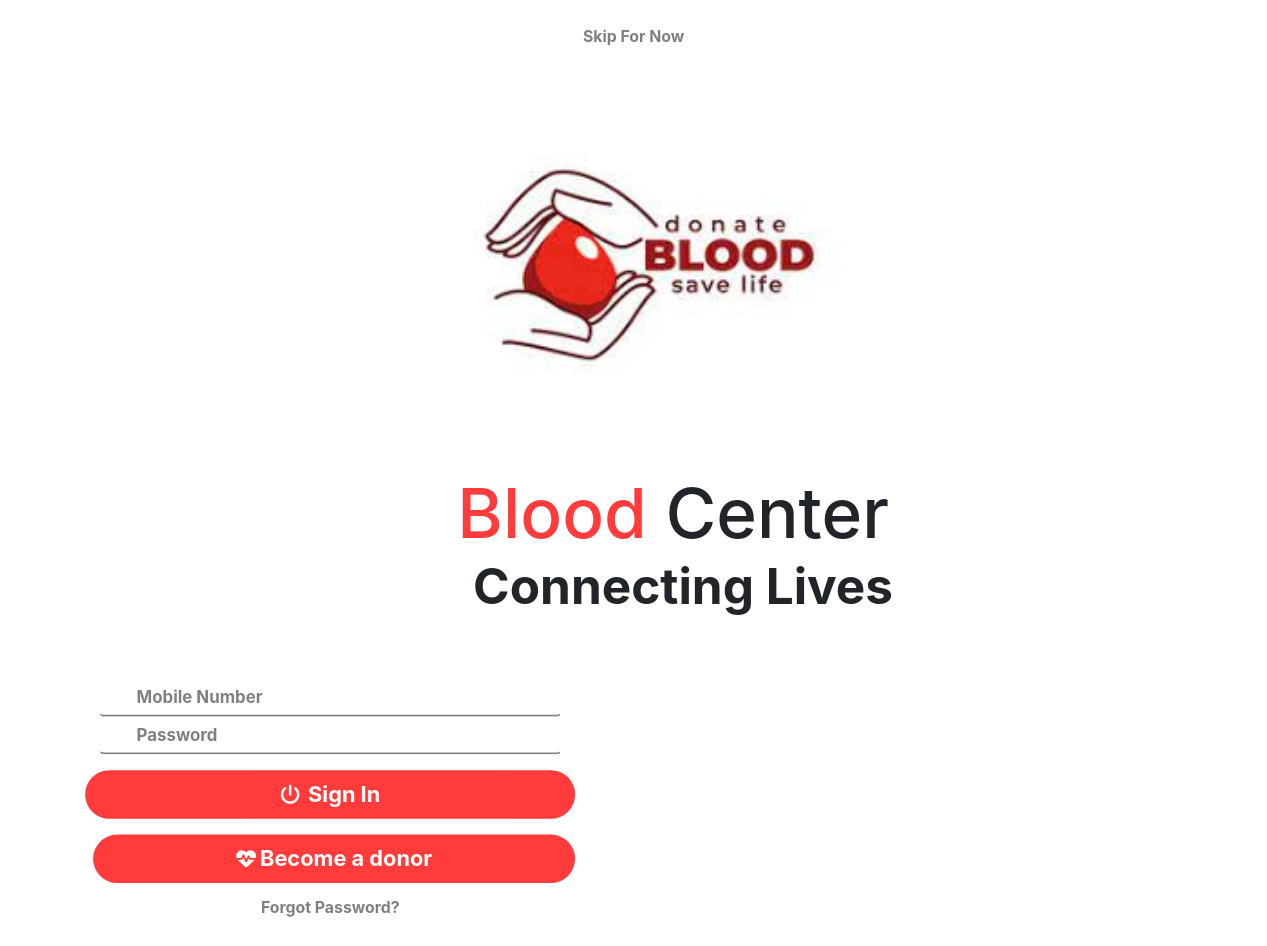
Repository: syedali042/jbds
Page: /
The author's editor kept a copy of each file at every save. The page is drawn from the files as they stood at one save, then again after the next save.
The browser window is 1280 px wide. The pictures show the whole page, at 99% of full size.
Some web libraries are served in a nearby version. The project was rebuilt for these pictures with package versions that can differ from the ones it lists, and the page was loaded fresh each time. Also part of the build but not shown: src/components/Header.js, src/components/About.js, src/components/Register.js, src/components/Header2.js, src/components/Home.js, src/components/Header4.js, src/components/Request.js, src/components/Header3.js and 1 more.

Above is the page before, as saved 2021-11-09 20:47:08.

### public/index.html
<!DOCTYPE html>
<html lang="en">
  <head>
    <meta charset="utf-8" />
    <link rel="icon" href="%PUBLIC_URL%/favicon.ico" />
    <meta name="viewport" content="width=device-width, initial-scale=1" />
    <meta name="theme-color" content="#000000" />
    <meta
      name="description"
      content="Web site created using create-react-app"
    />
    <!--FontAwesome-->
    <script src="https://kit.fontawesome.com/f4576591a8.js" crossorigin="anonymous"></script>
    <!--FontAwesome ends-->
    <!--bootstrap-->
    <link rel="stylesheet" href="https://maxcdn.bootstrapcdn.com/bootstrap/4.0.0/css/bootstrap.min.css"
      integrity="sha384-Gn5384xqQ1aoWXA+058RXPxPg6fy4IWvTNh0E263XmFcJlSAwiGgFAW/dAiS6JXm" crossorigin="anonymous">
    <!--bootstrap ends-->
    <link rel="apple-touch-icon" href="%PUBLIC_URL%/logo192.png" />
    <!--
      manifest.json provides metadata used when your web app is installed on a
      user's mobile device or desktop. See https://developers.google.com/web/fundamentals/web-app-manifest/
    -->
    <link rel="manifest" href="%PUBLIC_URL%/manifest.json" />
    <!--
      Notice the use of %PUBLIC_URL% in the tags above.
      It will be replaced with the URL of the `public` folder during the build.
      Only files inside the `public` folder can be referenced from the HTML.

      Unlike "/favicon.ico" or "favicon.ico", "%PUBLIC_URL%/favicon.ico" will
      work correctly both with client-side routing and a non-root public URL.
      Learn how to configure a non-root public URL by running `npm run build`.
    -->
    <title>React App</title>
  </head>
  <body>
    <noscript>You need to enable JavaScript to run this app.</noscript>
    <div id="root"></div>
    <!--Jquery-->
    <script src="https://code.jquery.com/jquery-3.2.1.slim.min.js"
      integrity="sha384-KJ3o2DKtIkvYIK3UENzmM7KCkRr/rE9/Qpg6aAZGJwFDMVNA/GpGFF93hXpG5KkN" crossorigin="anonymous"></script>
    <script src="https://cdnjs.cloudflare.com/ajax/libs/popper.js/1.12.9/umd/popper.min.js"
      integrity="sha384-ApNbgh9B+Y1QKtv3Rn7W3mgPxhU9K/ScQsAP7hUibX39j7fakFPskvXusvfa0b4Q" crossorigin="anonymous"></script>
    <script src="https://maxcdn.bootstrapcdn.com/bootstrap/4.0.0/js/bootstrap.min.js"
      integrity="sha384-JZR6Spejh4U02d8jOt6vLEHfe/JQGiRRSQQxSfFWpi1MquVdAyjUar5+76PVCmYl" crossorigin="anonymous"></script>
    <!--Jquery ends-->
  </body>
</html>

### src/App.js
import './App.css';
import Login from './components/Login';
import About from './components/About';
import Register from './components/Register';
import Home from './components/Home';
import Request from './components/Request';
import Create from './components/Create';
import {
  BrowserRouter as Router,
  Switch,
  Route,
  Link
} from "react-router-dom";


function App() {
  return (
    <Router>
      <Switch>
        <Route path="/About">
          <About/>
        </Route>
        <Route path="/Login">
          <Login />
        </Route>
        <Route path="/Register">
          <Register />
        </Route>
        <Route path="/Create">
          <Create />
        </Route>
        <Route path="/Request">
          <Request />
        </Route>
        <Route path="/Home">
          <Home />
        </Route>
        <Route path="/">
          <Login />
        </Route>
      </Switch>
    </Router>
  );
}

export default App;

### src/App.css
*{
  margin: 0;
  padding: 0;
}
.con{
  font-size: 25px;
  font-weight: bold;
  position: relative;
  bottom: 35px;
  padding: 5px;
}
.em{
  border: none;
  border-bottom: 2px solid gray;
}
.pass{
  border: none;
  border-bottom: 2px solid gray;
}
.placehorder::placeholder {
  font-weight: bolder;
  color: gray;
  position: relative;
  left: 25px;
  font-size: 17px;
}
.forgot{
  color: gray;
  font-weight: bolder;
}
.login{
  color: gray;
  font-weight: bolder;
}
.fa-portrait{
  font-size: 20px;
  position: relative;
  top: 30px;
  left: 5px;
  color: gray;
}
.fa-unlock-alt{
   font-size: 20px;
  position: relative;
  top: 30px;
  left: 5px;
  color: gray;
}
.sign{
  width: 230px;
  position: relative;
  font-size: 22px;
  border-radius: 30px;
  background-color: #FF3B3B;
  color: white;
  font-weight: bolder;
  border: none;
}
.fa-power-off{
  font-size: 20px;
  position: relative;

  color: white ;
}
.donor{
  width: 230px;
  position: relative;
  font-size: 22px;
  border-radius: 30px;
  background-color: #FF3B3B;
  color: white;
  font-weight: bolder;
  border: none;
  letter-spacing: o.1;
}
.fa-heartbeat{
   font-size: 20px;
  position: relative;

  color: white ;
}
@media screen and (max-width: 440px){

  .con{
  font-size: 20px;
  font-weight: bold;
  position: relative;
  bottom: 35px;
  padding: 5px;
}
.blood{
  font-size: 27px;
}
.formik{
  position: relative;
  bottom: 50px;
}
.pass{
  border: none;
  border-bottom: 2px solid gray;

}

.donor{
  width: 210px;
  position: relative;
  font-size: 22px;
  border-radius: 30px;
  background-color: #FF3B3B;
  color: white;
  font-weight: bolder;
  border: none;
  letter-spacing: o.1;
}
.sign{
  width: 210px;
  position: relative;
  font-size: 22px;
  border-radius: 30px;
  background-color: #FF3B3B;
  color: white;
  font-weight: bolder;
  border: none;
}

}
@media screen and (min-width: 768px){


  .img{
  position: relative;
  width: 400px;
  left: 40px;
}
  .con{
  font-size: 50px;
  font-weight: bold;
  position: relative;
  bottom: 35px;
  padding: 5px;
  left: 50px;
}
.blood{
  font-size: 70px;
  position: relative;
  left: 40px;
}

.name{
  border: none;
  border-bottom: 2px solid gray;
   margin-top: 10px;
  height: 70px;
}


.adress{
    border: none;
  border-bottom: 2px solid gray;
   margin-top: 10px;
  height: 70px;
}
input::placeholder {
  font-weight: bolder;
  color: gray;
  position: relative;
  /* left: 45px; */
  font-size: 30px;
}
.fa-portrait{
  font-size: 25px;
  position: relative;
  top: 37px;
  left: 5px;
  color: gray;
}
.fa-unlock-alt{
   font-size: 25px;
  position: relative;
  top: 35px;
  left: 5px;
  color: gray;
}
.fa-mobile-alt{
    font-size: 30px;
  position: relative;
  top: 55px;
  left: 5px;
  color: gray;
}
.fa-map-marker-alt{
   font-size: 30px;
  position: relative;
  top: 55px;
  left: 5px;
  color: gray;
}
.fa-disease{
 font-size: 30px;
  position: relative;
  top: 55px;
  left: 5px;
  color: gray;
}

.sign{
  width: 300px;
  position: relative;
  font-size: 22px;
  border-radius: 30px;
  background-color: #FF3B3B;
  color: white;
  font-weight: bolder;
  border: none;
}

.donor{
  width: 300px;
  position: relative;

  font-size: 22px;
  border-radius: 30px;
  background-color: #FF3B3B;
  color: white;
  font-weight: bolder;
  border: none;
  letter-spacing: o.1;
}

}
.header{
  background-color: #FF3B3B;
  padding: 3px;
}
.fa-chevron-left{
  color: white;
}
.profile{
  color: white;

}
.kelly{
  font-size: 23px;
  font-weight: bolder;
}
.girl{
  width: 70px;
  border-radius: 50px;
  margin-left: 50px;
  position: relative;
  bottom: 10px;
}
.r1{
  margin-top: 40px;
}

.name{
  border: none;
  border-bottom: 2px solid gray;
}
.num{
   border: none;
  border-bottom: 2px solid gray;
}
.adress{
    border: none;
  border-bottom: 2px solid gray;
}
.r2{
  background-color: rgb(247, 238, 238);
  border-radius: 15px;
  border: 1px solid transparent;
}
.update{

  position: relative;
  font-size: 22px;
  border-radius: 30px;
  background-color: #FF3B3B;
  color: white;
  font-weight: bolder;
  border: none;
}
.fa-mobile-alt{
   font-size: 20px;
  position: relative;
  top: 30px;
  left: 5px;
  color: gray;
}
.bloodGroup{
   border: none;
  border-bottom: 2px solid gray;
}
.fa-disease{
  font-size: 20px;
  position: relative;
  top: 30px;
  left: 5px;
  color: gray;
}
.city{
  border: none;
  border-bottom: 2px solid gray;
}
.fa-map-marker-alt{
  font-size: 20px;
  position: relative;
  top: 30px;
  left: 5px;
  color: gray;
}
.fa-arrow-right{
   font-size: 30px;
  position: relative;
 top: 5px;
  color:white;
}
.bodyOfHeader2{
   background-color: #FF3B3B;
   color: white;
}
.fa-search{
  position: relative;
  left: 90%;
  bottom: 30px;
  color: gray;
  font-size: 25px;
}
.groups{
 display: flex;
 margin-left: 5px;
}
.groups >div {
  background-color: #FF3B3B;
  width: 30px;
  margin: 7px;
  text-align: center;
  font-size: 20px;
  color: white;
  border-radius: 5px;
}
.HomeRow{
  border-bottom: 1px solid gray;
}
.sidebar{
  width: 60%;
  height: 100vh;
  position: absolute;
  background-color: #FF3B3B ;
  z-index: 1;
}
.create{
  color: white;
  margin-right: 30px;
}
.conReq{
  margin-top: 20px;
  background-color: rgb(216, 220, 230);
  border-radius: 5px;
}

### src/components/Login.js
import React from 'react';
import {Formik} from 'formik';


function Login() {
    return (
        <>
        <div className="w-100 d-flex align-items-center justify-content-center mt-3">
            <a href="/home" className="text-decoration-none forgot p-2">Skip For Now</a>
        </div>
        <div className="container">
            <div className="d-flex align-items-center justify-content-center">
                <div>
                    <img src="./images/download.jfif" alt="there is no image" className="img"/>
                    <h2 className="blood text-center"><span style={{color:'#FF3B3B'}}>Blood</span> Center</h2><br>
                    </br>
                    <h5 className="con text-center">Connecting Lives</h5>
                </div>
            </div>
            <div className="container">
                <div className="row p-3">
                    <div>
                        <Formik
                            initialValues={{ email: '', password: '' }}
                            validate={values => {
                                const errors = {};
                                if (!values.email) {
                                    errors.email = 'Required';
                                } else if (
                                    !/^[A-Z0-9._%+-]+@[A-Z0-9.-]+\.[A-Z]{2,}$/i.test(values.email)
                                ) {
                                    errors.email = 'Invalid email address';
                                }
                                return errors;
                            }}
                            onSubmit={(values, { setSubmitting }) => {
                                setTimeout(() => {
                                    alert(JSON.stringify(values, null, 2));
                                    setSubmitting(false);
                                }, 400);
                            }}
                        >
                            {({
                                values,
                                errors,
                                touched,
                                handleChange,
                                handleBlur,
                                handleSubmit,
                                isSubmitting,
                                /* and other goodies */
                            }) => (
                            <form onSubmit={handleSubmit} className="formik">
                                {/* <i className="fas fa-portrait"></i> */}
                                    <input
                                        type="email" className="placehorder form-control em"
                                        name="email"
                                        onChange={handleChange}
                                        onBlur={handleBlur}
                                        value={values.email}
                                        placeholder="Mobile Number"

                                    />

                                    {errors.email && touched.email && errors.email}
                                {/* <i className="fas fa-unlock-alt"></i> */}
                                    <input
                                    type="password" className="placehorder form-control pass"
                                        name="password"
                                        onChange={handleChange}
                                        onBlur={handleBlur}
                                        value={values.password}
                                        placeholder="Password"
                                    />

                                    {errors.password && touched.password && errors.password}
                                <div className="row d-flex align-items-center justify-content-center">
                                    <button type="submit" disabled={isSubmitting} className="sign p-2 mt-3 w-100">
                                        <i className="fas fa-power-off mr-2 "></i>Sign In
                                    </button>
                                    <button className="donor p-2 mt-3 ml-2 w-100">
                                        <i className="fas fa-heartbeat mr-1 "></i>Become a donor
                                    </button>
                                    <br /><br />
                                    <a href="#" className="forgot p-2">Forgot Password?</a>

                                </div>

                                </form>
                            )}
                        </Formik>
                    </div>
                </div>
            </div>
        </div>
        </>
    )
}

export default Login

Loaded but not shown: src/index.js (common file); src/index.css (common file); src/reportWebVitals.js (common file)

After the next save:
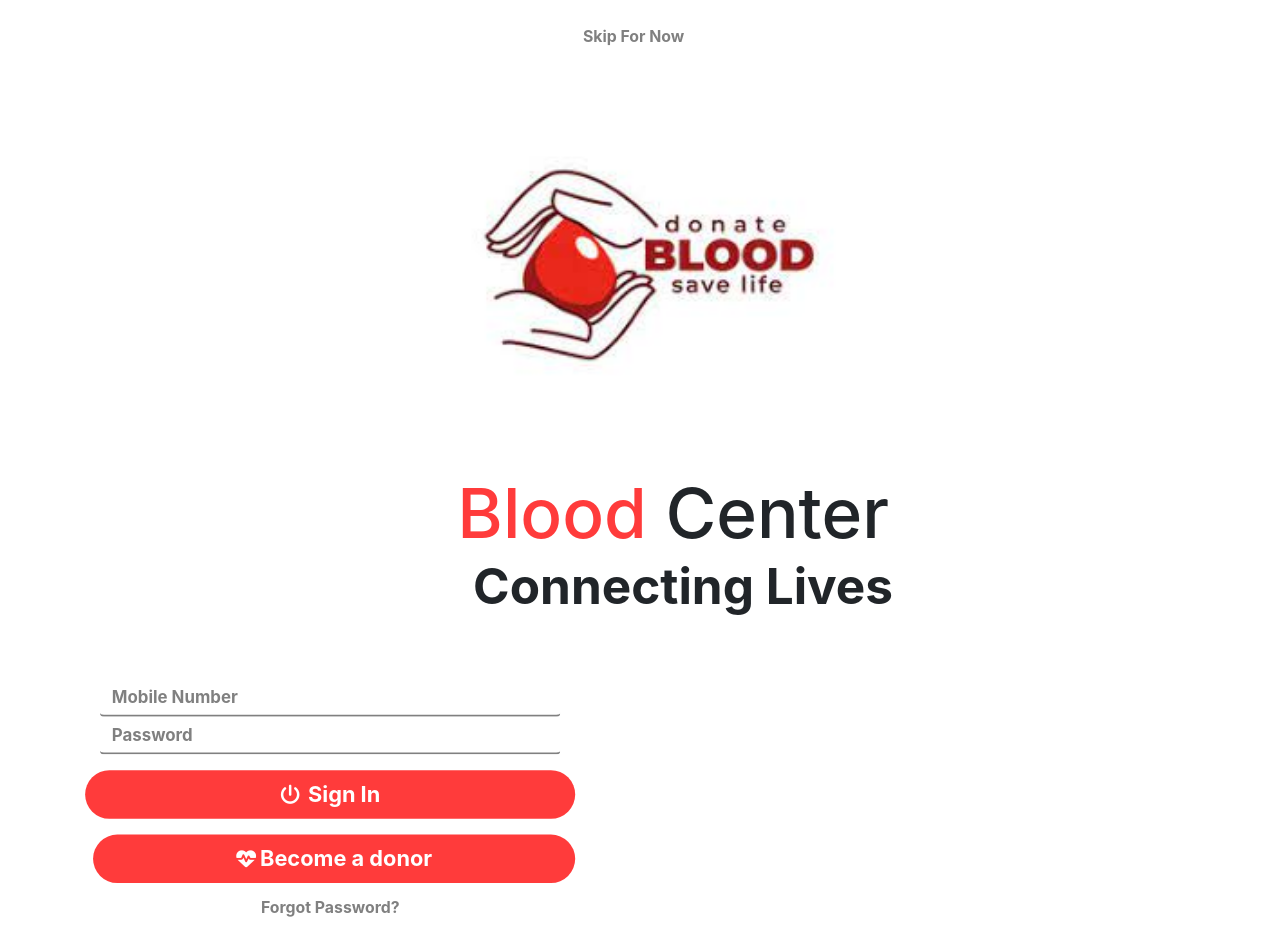
Saved 28 s later.
--- a/src/App.css
+++ b/src/App.css
@@ -21,7 +21,7 @@
   font-weight: bolder;
   color: gray;
   position: relative;
-  left: 25px;
+  /* left: 25px; */
   font-size: 17px;
 }
 .forgot{
